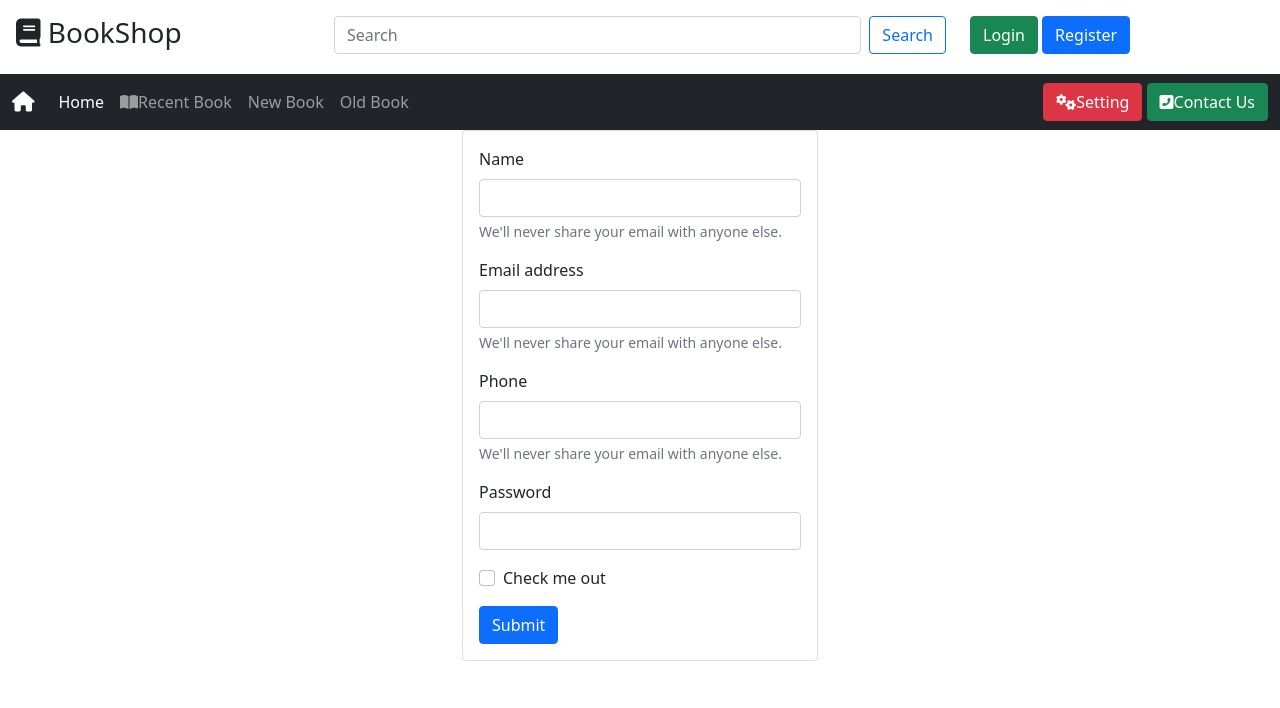
Repository: Abhishekverma23797/BookShopApp
Page: http://localhost/Ebook-App/Register.jsp
The author's editor kept a copy of each file at every save. The page is drawn from the files as they stood at one save, then again after the next save.
The browser window is 1280 px wide. The pictures show the whole page.
The page is served by Tomcat 9. Other server files are loaded and not shown.

Above is the page before, as saved 2021-12-07 11:49:19.

### Ebook-App/src/main/webapp/Register.jsp
<%@ page language="java" contentType="text/html; charset=ISO-8859-1"
	pageEncoding="ISO-8859-1"%>
<!DOCTYPE html>
<html>
<head>
<meta charset="ISO-8859-1">
<title>BookShop: Register</title>
<%@include file="All_Component/AllCss.jsp"%>
</head>
<body>
	<%@include file="All_Component/navbar.jsp"%>


	<div class="container">
		<div class="row">
			<div class="col-md-4 offset-md-4">
				<div class="card">

					<div class="card-body">

						<form>
							<div class="mb-3">
								<label for="exampleInputEmail1" class="form-label">Name</label>
								<input type="email" class="form-control" id="exampleInputEmail1"
									aria-describedby="emailHelp">
								<div id="emailHelp" class="form-text">We'll never share
									your email with anyone else.</div>
							</div>
							<div class="mb-3">
								<label for="exampleInputEmail1" class="form-label">Email
									address</label> <input type="email" class="form-control"
									id="exampleInputEmail1" aria-describedby="emailHelp">
								<div id="emailHelp" class="form-text">We'll never share
									your email with anyone else.</div>
							</div>
							<div class="mb-3">
								<label for="exampleInputEmail1" class="form-label">Phone</label> <input type="email" class="form-control"
									id="exampleInputEmail1" aria-describedby="emailHelp">
								<div id="emailHelp" class="form-text">We'll never share
									your email with anyone else.</div>
							</div>
							<div class="mb-3">
								<label for="exampleInputPassword1" class="form-label">Password</label>
								<input type="password" class="form-control"
									id="exampleInputPassword1">
							</div>
							<div class="mb-3 form-check">
								<input type="checkbox" class="form-check-input"
									id="exampleCheck1"> <label class="form-check-label"
									for="exampleCheck1">Check me out</label>
							</div>
							<button type="submit" class="btn btn-primary">Submit</button>
						</form>
					</div>
				</div>

			</div>
		</div>
	</div>
</body>
</html>

### Ebook-App/src/main/webapp/All_Component/AllCss.jsp
<!-- CSS only -->
<link
	href="https://cdn.jsdelivr.net/npm/bootstrap@5.1.3/dist/css/bootstrap.min.css"
	rel="stylesheet"
	integrity="sha384-1BmE4kWBq78iYhFldvKuhfTAU6auU8tT94WrHftjDbrCEXSU1oBoqyl2QvZ6jIW3"
	crossorigin="anonymous">


<!-- JavaScript Bundle with Popper -->
<script
	src="https://cdn.jsdelivr.net/npm/bootstrap@5.1.3/dist/js/bootstrap.bundle.min.js"
	integrity="sha384-ka7Sk0Gln4gmtz2MlQnikT1wXgYsOg+OMhuP+IlRH9sENBO0LRn5q+8nbTov4+1p"
	crossorigin="anonymous"></script>


<link rel="stylesheet"
	href="https://cdnjs.cloudflare.com/ajax/libs/font-awesome/6.0.0-beta3/css/all.min.css"
	integrity="sha512-Fo3rlrZj/k7ujTnHg4CGR2D7kSs0v4LLanw2qksYuRlEzO+tcaEPQogQ0KaoGN26/zrn20ImR1DfuLWnOo7aBA=="
	crossorigin="anonymous" referrerpolicy="no-referrer" />

<link rel="stylesheet" href="All_Component/style.css">

### Ebook-App/src/main/webapp/All_Component/navbar.jsp

<div class="container-fluid p-3">


	<div class="row">

		<div class="col-md-3">

			<h3>

				<i class="fas fa-book"></i> BookShop
			</h3>
		</div>

		<div class="col-md-6">
			<form class="d-flex">
				<input class="form-control me-2 my-lg-0" type="search"
					placeholder="Search" aria-label="Search">
				<button class="btn btn-outline-primary" type="submit">Search</button>
			</form>
		</div>

		<div class="col-md-3">

			<a href="" class="btn btn-success">Login</a> <a href="Register.jsp"
				class="btn btn-primary">Register</a>

		</div>

	</div>

</div>
<nav class="navbar navbar-expand-lg navbar-dark bg-dark bg-custom">
	<div class="container-fluid">
		<a class="navbar-brand" href="#"><i class="fas fa-home"></i></a>
		<button class="navbar-toggler" type="button" data-bs-toggle="collapse"
			data-bs-target="#navbarSupportedContent"
			aria-controls="navbarSupportedContent" aria-expanded="false"
			aria-label="Toggle navigation">
			<span class="navbar-toggler-icon"></span>
		</button>
		<div class="collapse navbar-collapse" id="navbarSupportedContent">
			<ul class="navbar-nav me-auto mb-2 mb-lg-0">
				<li class="nav-item"><a class="nav-link active"
					aria-current="page" href="#"> Home</a></li>

				<li class="nav-item"><a class="nav-link" href="#"><i
						class="fas fa-book-open"></i>Recent Book</a></li>

				<li class="nav-item"><a class="nav-link" href="#">New Book</a></li>

				<li class="nav-item"><a class="nav-link" href="#">Old Book</a>
				</li>
			</ul>
			<form class="from-inline my-2 my-lg-0">
				<button class="btn btn-danger my-2 my-sm-0 ml-1" type="submit">
					<i class="fas fa-cogs"></i>Setting
				</button>
				<button class="btn btn-success" type="submit">
					<i class="fas fa-phone-square-alt"></i>Contact Us
				</button>
			</form>
		</div>
	</div>
</nav>

### Ebook-App/src/main/webapp/All_Component/style.css

.bg-custom{

	background-color: #303f9f;
}

.navbar .nav-item:hover  {

	background-color: black;
	color: blue;
	border-radius: 20px

}

After the next save:
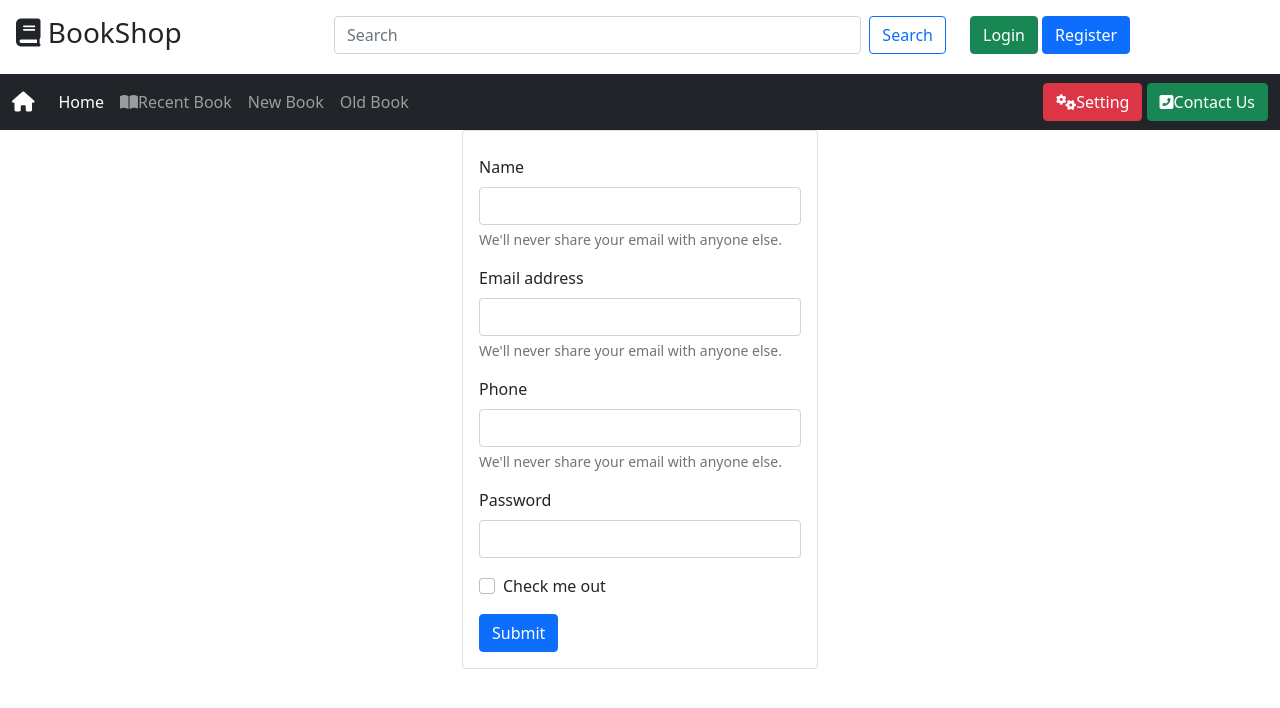
Saved 25 s later.
--- a/Ebook-App/src/main/webapp/Register.jsp
+++ b/Ebook-App/src/main/webapp/Register.jsp
@@ -19,7 +19,7 @@
 					<div class="card-body">
 
 						<form>
-							<div class="mb-3">
+							<div class="mb-3 mt-2">
 								<label for="exampleInputEmail1" class="form-label">Name</label>
 								<input type="email" class="form-control" id="exampleInputEmail1"
 									aria-describedby="emailHelp">
